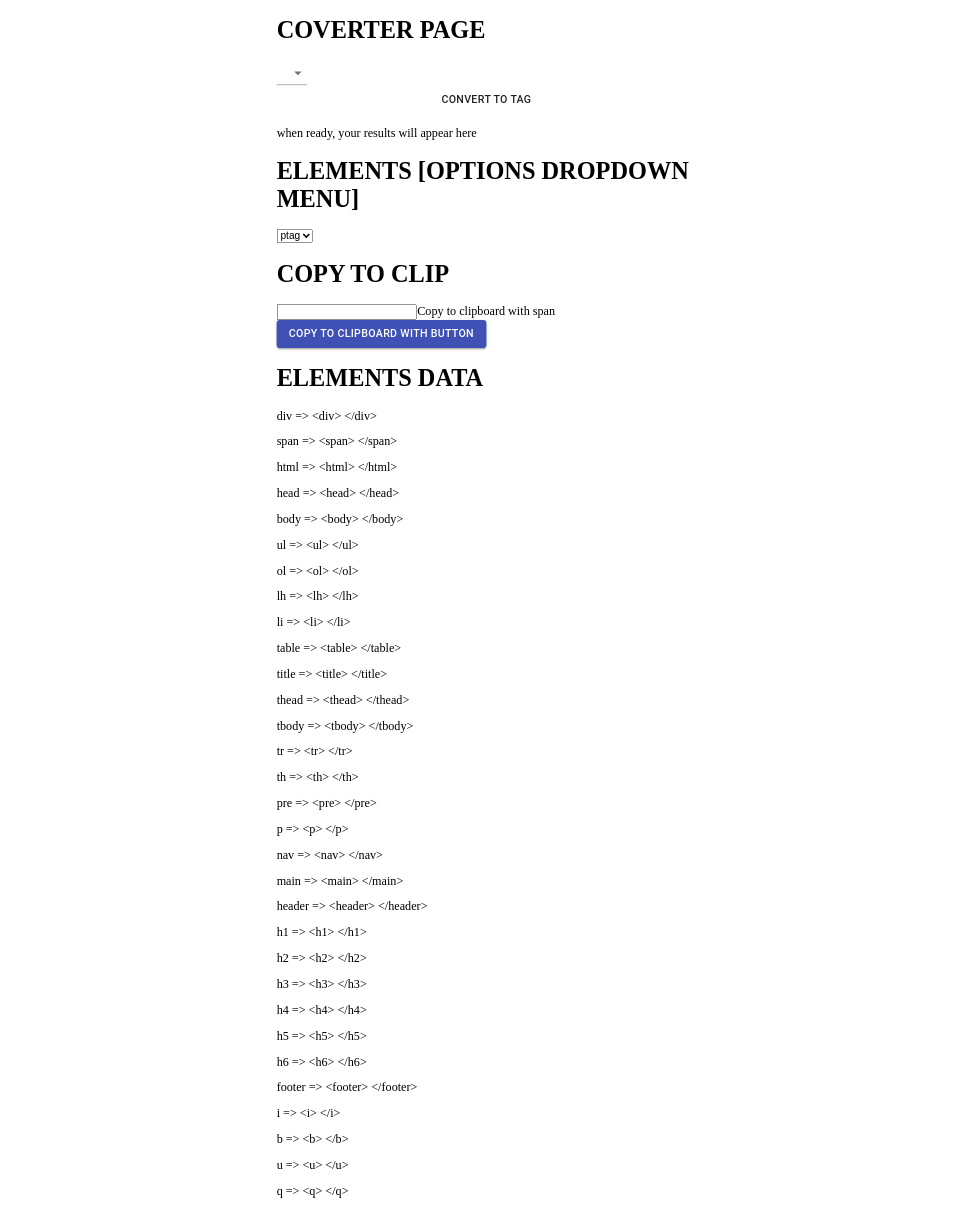
Repository: DevLuDaley/element-generator
Page: /
An editor plug-in stored every save of this project. The page is shown before and after the next save, followed by the edit.
The browser window is 1280 px wide. The pictures show the whole page, at 76% of full size.
The project was rebuilt for these pictures with package versions that can differ from the ones it lists, and the page was loaded fresh each time. Also part of the build but not shown: webpack.config.js, src/components/optionsArray.js.

Above is the page before, as saved 2020-12-23 20:12:00.

After the next save:
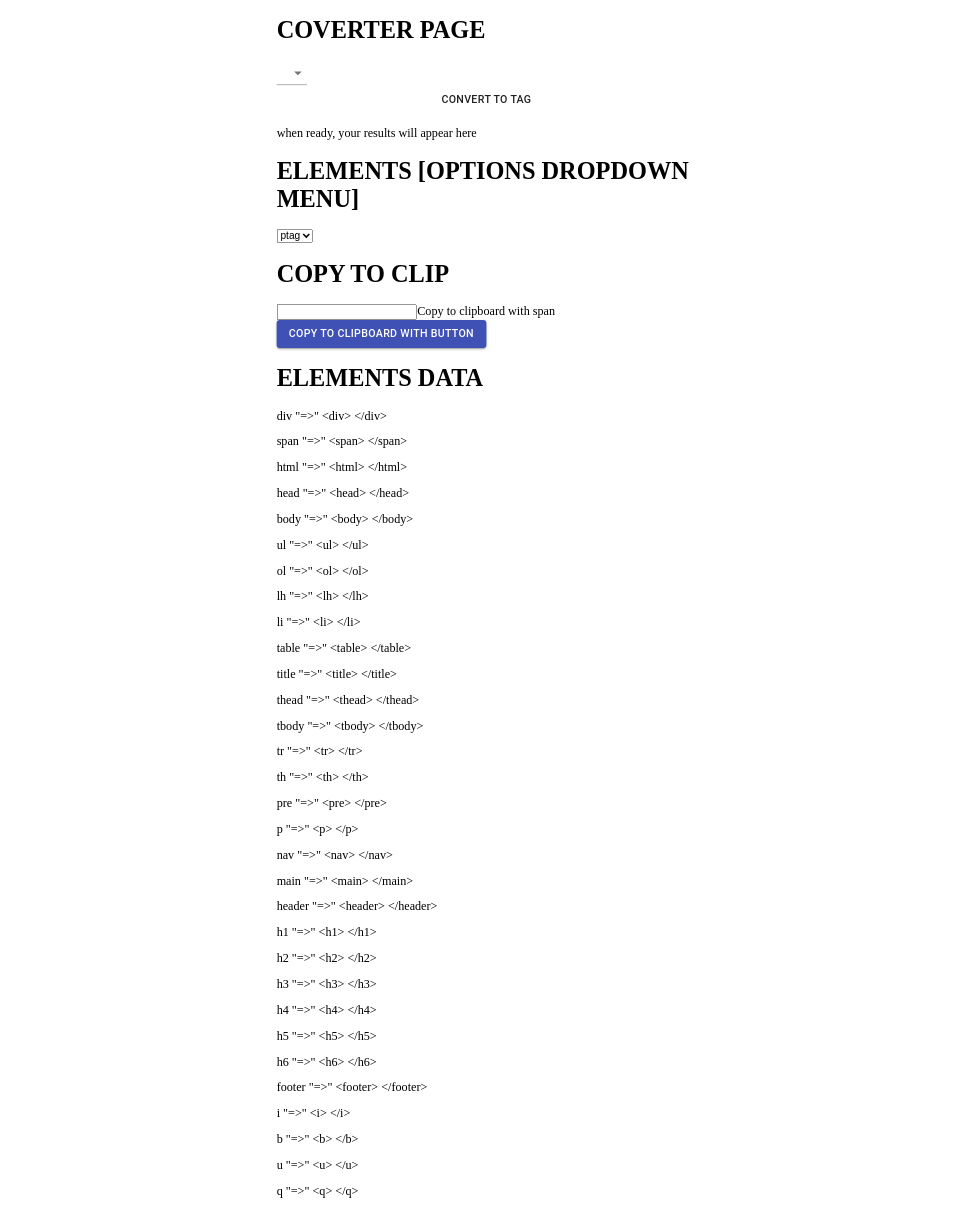
Saved 7 s later.
--- a/src/components/ElementsData.js
+++ b/src/components/ElementsData.js
@@ -13,7 +13,7 @@
     <Fragment>
     <h1>ELEMENTS DATA</h1>
     {optionsArray ? optionsArray.map(op => <p>
-    {op.key} => {op.value}
+    {op.key} "=>" {op.value}
     </p>
     ): null}
         {/* {elementsArray[1]} */}

After the save that followed:
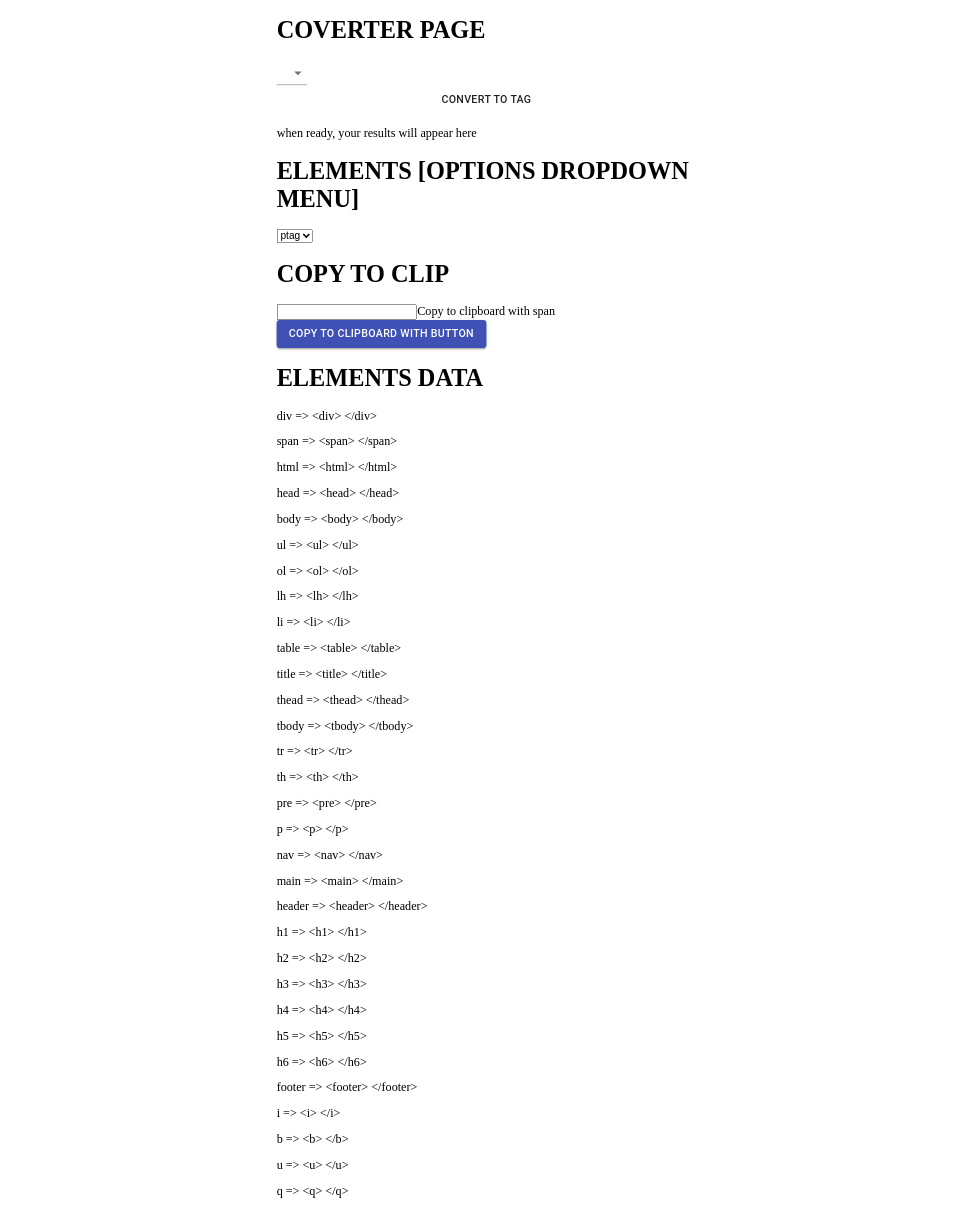
Saved 6 s later.
--- a/src/components/ElementsData.js
+++ b/src/components/ElementsData.js
@@ -13,7 +13,7 @@
     <Fragment>
     <h1>ELEMENTS DATA</h1>
     {optionsArray ? optionsArray.map(op => <p>
-    {op.key} "=>" {op.value}
+    {op.key} => {op.value}
     </p>
     ): null}
         {/* {elementsArray[1]} */}
